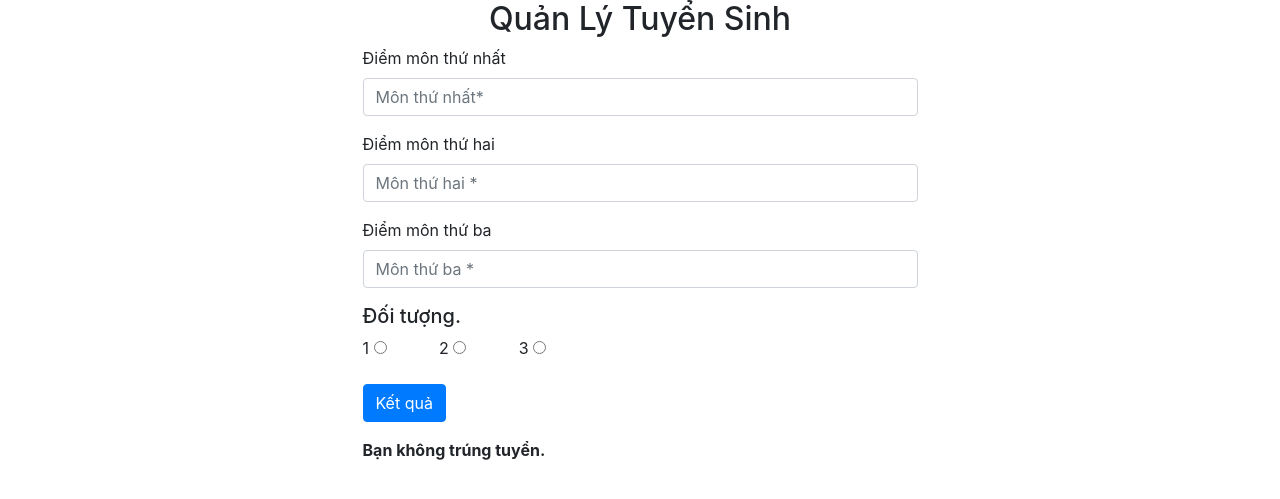
Repository: dovanthao2404/BC14_BaiTap_JS_Buoi_5_dovanthao
Page: html/bai1.html
An editor plug-in stored every save of this project. The page is shown before and after the next save, followed by the edit.
The browser window is 1280 px wide. The pictures show the whole page.

Above is the page before, as saved 2021-07-03 20:18:19.

### html/bai1.html
<!DOCTYPE html>
<html lang="en">

<head>
  <meta charset="UTF-8">
  <meta http-equiv="X-UA-Compatible" content="IE=edge">
  <meta name="viewport" content="width=device-width, initial-scale=1.0">
  <title>Document</title>

  <link rel="stylesheet" href="https://cdn.jsdelivr.net/npm/bootstrap@4.6.0/dist/css/bootstrap.min.css"
    integrity="sha384-B0vP5xmATw1+K9KRQjQERJvTumQW0nPEzvF6L/Z6nronJ3oUOFUFpCjEUQouq2+l" crossorigin="anonymous">
</head>

<body>

  <div class="container">
    <div class="admissions-manager">
      <form class="w-50 mx-auto">
        <h2 class="text-center">Quản Lý Tuyển Sinh</h2>
        <div class="form-group">
          <label for="scores-1">Điểm môn thứ nhất</label>
          <input class="form-control" type="text" placeholder="Môn thứ nhất*" id="scores-1">
          <span class="text-danger"></span>
        </div>
        <div class="form-group">
          <label for="scores-2">Điểm môn thứ hai</label>
          <input class="form-control" type="text" placeholder="Môn thứ hai *" id="scores-2">
          <span></span>
        </div>
        <div class="form-group">
          <label for="scores-3">Điểm môn thứ ba</label>
          <input class="form-control" type="text" placeholder="Môn thứ ba *" id="scores-3">
          <span></span>
        </div>
        <div class="form-group">

        </div>


        <div class="form-group">
          <h5 for="scores-3">Đối tượng.</h5>
          <label for="object-1">1</label>
          <input id="object-1" name="object" class="mr-5" type="radio">
          <label for="object-2">2</label>
          <input id="object-2" name="object" class="mr-5" type="radio">
          <label for="object-3">3</label>
          <input id="object-3" name="object" class="mr-5" type="radio">
          <p></p>
        </div>
        <button id="result" type="button" class="btn btn-primary">Kết quả</button>
      </form>
      <div class="mt-3 w-50 mx-auto">
        <b id="showResult">Bạn không trúng tuyển.</b>
      </div>
    </div>
  </div>
</body>

</html>

After the next save:
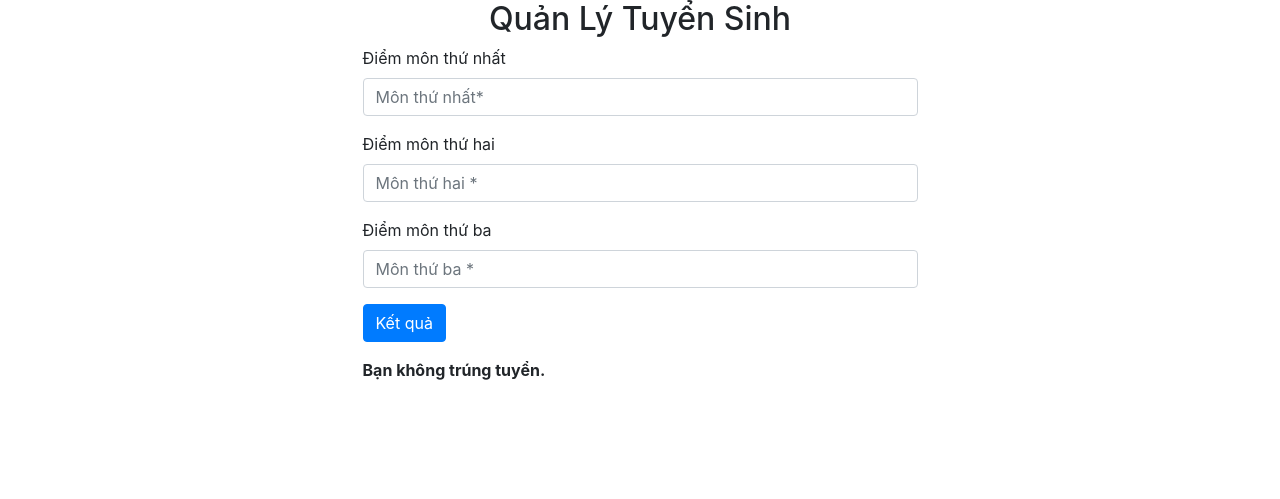
Saved 6 s later.
--- a/html/bai1.html
+++ b/html/bai1.html
@@ -38,14 +38,7 @@
 
 
         <div class="form-group">
-          <h5 for="scores-3">Đối tượng.</h5>
-          <label for="object-1">1</label>
-          <input id="object-1" name="object" class="mr-5" type="radio">
-          <label for="object-2">2</label>
-          <input id="object-2" name="object" class="mr-5" type="radio">
-          <label for="object-3">3</label>
-          <input id="object-3" name="object" class="mr-5" type="radio">
-          <p></p>
+
         </div>
         <button id="result" type="button" class="btn btn-primary">Kết quả</button>
       </form>
